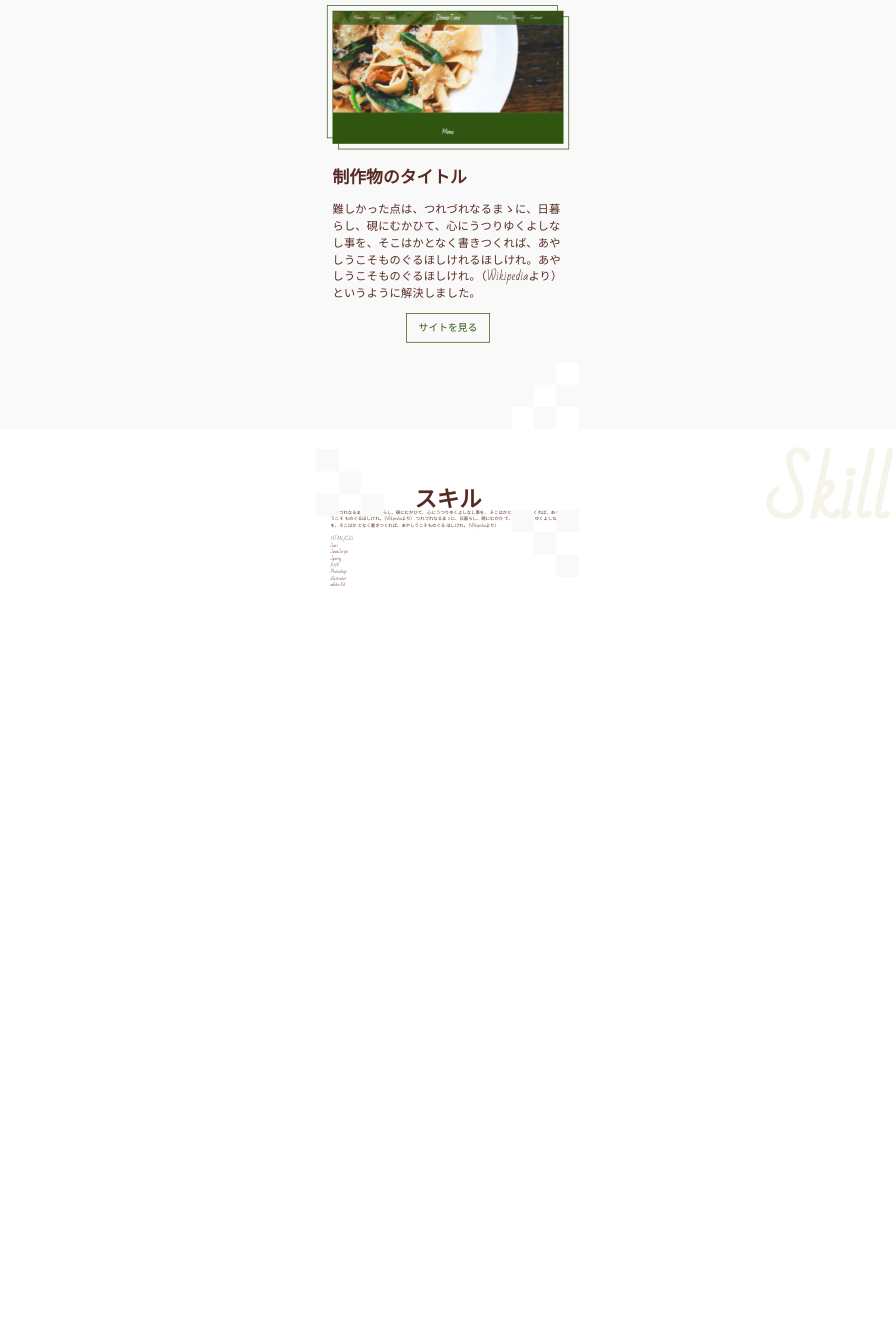
Repository: ppmp556/igarashi.kakuu
Page: index.html
The author's editor kept a copy of each file at every save. The page is drawn from the files as they stood at one save, then again after the next save.
The browser window is 1280 px wide. The pictures show the part of the page from y = 3129 to 5049 px (the page is 5881 px tall), at 70% of full size.
Some web libraries are served in a nearby version. The style sheet was rebuilt from its Sass, Less or Tailwind sources for each picture, by a compiler version that may differ from the author's.

Above is the page before, as saved 2020-10-27 10:37:23.
Console error: TypeError: Cannot read properties of null (reading 'addEventListener')

### index.html
<!DOCTYPE html>
<html lang="ja">
    <head>
        <meta charset="UTF-8">
        <meta name="viewport" content="width=device-width, initial-scale=1.0, maximum-scale=1.0, minimum-scale=1.0">
        <link rel="stylesheet" href="faundation.css" type="text/css">
        <link rel="stylesheet" href="./css/style.css" type="text/css">
        <link href="https://use.fontawesome.com/releases/v5.6.1/css/all.css" rel="stylesheet">
        <link href="https://fonts.googleapis.com/css?family=Bad+Script" rel="stylesheet">
        <link href="https://fonts.googleapis.com/css?family=Sawarabi+Gothic" rel="stylesheet">
        <link rel="img" href="image">
        <title>架空LP</title>

    </head>
    <body>

        <div class="container">
            <header class="header">
                <h1 class="header_ttl">
                    <a href="index.html" class="header_link">My Portfolio</a><!-- /.header_link -->
                </h1><!-- /.header_ttl -->
                <nav class="nav">
                    <div class="nav_wrapper" id="nav_lists">
                        <!-- ハンバーガーメニュー部分 -->
                        <div class="toggle_btn" id="nav_toggler">
                            <span class="toggle_line __tg1"></span>
                            <span class="toggle_line __tg2"></span>
                            <span class="toggle_line __tg3"></span>
                        </div>
                        <!-- ハンバーガーメニューここまで -->
                    </div>
                    <ul class="nav_list flex">
                        <li class="nav_item">
                            <a href="#" class="nav_link">Profile<span class="nav_sp">プロフィール</a><!-- /.nav_link -->
                        </li><!-- /.nav_item -->
                        <li class="nav_item">
                            <a href="#" class="nav_link">Works<span class="nav_sp">実績一覧</a><!-- /.nav_link -->
                        </li><!-- /.nav_item -->
                        <li class="nav_item">
                            <a href="#" class="nav_link">Skill<span class="nav_sp">スキル</a><!-- /.nav_link -->
                        </li><!-- /.nav_item -->
                        <li class="nav_item">
                            <a href="#" class="nav_link">Contact<span class="nav_sp">お問い合わせ</a><!-- /.nav_link -->
                        </li><!-- /.nav_item -->
                    </ul><!-- /.nav_list -->
                </nav><!-- /.nav -->
            </header><!-- /.header -->
        </div><!-- /.container -->
        <div class="kv">
            <div class="kv_txtbox">
                <p class="kv_txt">I love this job from the bottom of my heart.</p><!-- /.kv_txt -->
                <p class="kv_txt __subtxt">私はこの仕事が大好きだ</p><!-- /.kv_txt -->
            </div><!-- /.kv_txtbox -->
            <div class="contact_box">
                <a href="#" class="contact_link">Contact</a><!-- /.contact_link -->
            </div><!-- /.contact_box -->
        </div><!-- /.kv -->
        <main>
            <div class="inner">

                <section class="prof" id="prof">
                    <div class="prof_inner">
                        <div class="section_ttlbox">
                            <h2 class="prof_ttl">プロフィール</h2><!-- /.prof_ttl -->
                            <!-- <span class="prof_sub">Profile</span> -->
                        </div><!-- /.section_ttlbox -->
                        <div class="prof_imgbox">
                            <img src="images/profile/profile.png" alt="#" class="prof_img">
                        </div><!-- /.prof_imgbox -->
                        <p class="prof_txt">
                            つれづれなるまゝに、日暮らし、硯にむかひ
                            て<br>
                            心にうつりゆくよしなし事を、<br>
                            そこはかとなく書きつくれば、あやしうこそ
                            ものぐるほしけれ。（Wikipediaより）<br>
                            つれづれなるまゝに、日暮らし、硯にむかひ
                            て、心にうつりゆくよしなし事を、そこはか
                            となく書きつくれば、あやしうこそものぐる
                            ほしけれ。（Wikipediaより）<br>
                            つれづれなるまゝに、日暮らし、硯にむかひ
                            て、心にうつりゆくよしなし事を、そこはか
                            となく書
                        </p><!-- /.prof_txt -->
                        <div class="section_btnbox flex">
                            <div class="site_btn">
                                <a href="#" class="site_link">Instagram</a>
                            </div><!-- /.site_btn -->
                            <div class="site_btn">
                                <a href="#" class="site_link">Twitter</a>
                            </div><!-- /.site_btn -->
                        </div><!-- /.section_btnbox -->
                    </div><!-- /.prof_inner -->
                </section><!-- /#prof.prof -->


                <section class="work" id="work">
                    <div class="work_inner">

                        <div class="section_ttlbox">
                            <h2 class="work_ttl">実績一覧</h2><!-- /.work_ttl -->
                            <!-- <span class="work_sub">Works</span> -->
                        </div><!-- /.section_ttlbox -->

                        <div class="work_imgbox">
                            <ul class="work_list">
                                <li class="work_item">
                                    <div class="work_imgbox">
                                        <img src="images/work1/work1.png" alt="" class="work_img">
                                    </div><!-- /.work_imgbox -->
                                    <h3 class="work_minttl ">制作物のタイトル</h3><!-- /.work_minttl -->
                                    <p class="work_txt">
                                        難しかった点は、つれづれなるまゝに、日暮らし、硯にむかひて、心にうつりゆくよしなし事を、そこはかとなく書きつくれば、あやしうこそものぐるほしけれるほしけれ。あやしうこそものぐるほしけれ。（Wikipediaより）というように解決しました。
                                    </p><!-- /.work_txt -->
                                    <div class="site_btn">
                                        <a href="#" class="site_link">サイトを見る</a>
                                    </div><!-- /.site_btn -->
                                </li><!-- /.work_item -->
                                <li class="work_item">
                                    <div class="work_imgbox">
                                        <img src="images/work2/work2.png" alt="" class="work_img">
                                    </div><!-- /.work_imgbox -->
                                    <h3 class="work_minttl">制作物のタイトル制作物のタイトルタイトル</h3><!-- /.work_minttl -->
                                    <p class="work_txt">
                                        難しかった点は、つれづれなるまゝに、日暮らし、硯にむかひて、心にうつりゆくよしなし事を、そこはかとなく書きつくれば、あやしうこそものぐるほしけれるほしけれ。あやしうこそものぐるほしけれ。（Wikipediaより）というように解決しました。
                                    </p><!-- /.work_txt -->
                                    <div class="site_btn">
                                        <a href="#" class="site_link">サイトを見る</a>
                                    </div><!-- /.site_btn -->
                                </li><!-- /.work_item -->
                                <li class="work_item">
                                    <div class="work_imgbox">
                                        <img src="images/work3/work3.png" alt="" class="work_img">
                                    </div><!-- /.work_imgbox -->
                                    <h3 class="work_minttl">制作物のタイトル</h3><!-- /.work_minttl -->
                                    <p class="work_txt">
                                        難しかった点は、つれづれなるまゝに、日暮らし、硯にむかひて、心にうつりゆくよしなし事を、そこはかとなく書きつくれば、あやしうこそものぐるほしけれるほしけれ。あやしうこそものぐるほしけれ。（Wikipediaより）というように解決しました。
                                    </p><!-- /.work_txt -->
                                    <div class="site_btn">
                                        <a href="#" class="site_link">サイトを見る</a>
                                    </div><!-- /.site_btn -->
                                </li><!-- /.work_item -->
                            </ul><!-- /.work_list -->
                        </div><!-- /.work_imgbox -->
                    </div><!-- /.work_inner -->
                </section><!-- /#work.work -->

                <section class="skill" id="skill">
                    <div class="section_ttlbox">
                        <h2 class="skill_ttl">スキル</h2><!-- /.skill_ttl -->
                        <!-- <span class="skill_sub">Skill</span> -->
                    </div><!-- /.section_ttlbox -->
                    <div class="skill_inner">
                        <div class="skill_txtbox">
                            <p class="skill_txt">
                                つれづれなるまゝに、日暮らし、硯にむかひて、
                                心にうつりゆくよしなし事を、
                                そこはかとなく書きつくれば、あやしうこそ
                                ものぐるほしけれ。（Wikipediaより）
                                つれづれなるまゝに、日暮らし、硯にむかひ
                                て、心にうつりゆくよしなし事を、そこはか
                                となく書きつくれば、あやしうこそものぐる
                                ほしけれ。（Wikipediaより）
                            </p><!-- /.skill_txt -->
                        </div><!-- /.skill_txtbox -->
                        <div class="skill_listbox">
                            <div class="skill_imgbox">
                                <img src="" alt="" class="skill_img">
                            </div><!-- /.skill_imgbox -->
                            <ul class="skill_list">
                                <li class="skill_item">HTML/CSS</li><!-- /.skill_item -->
                                <li class="skill_item">Sass</li><!-- /.skill_item -->
                                <li class="skill_item">JavaScript</li><!-- /.skill_item -->
                                <li class="skill_item">Jquery</li><!-- /.skill_item -->
                                <li class="skill_item">PHP</li><!-- /.skill_item -->
                                <li class="skill_item">Photoshop</li><!-- /.skill_item -->
                                <li class="skill_item">illustrator</li><!-- /.skill_item -->
                                <li class="skill_item">adobe Xd</li><!-- /.skill_item -->
                            </ul><!-- /.skill_list -->
                        </div><!-- /.skill_listbox -->
                    </div><!-- /.skill_inner -->
                </section><!-- /#skill.skii -->

                <section class="contact" id="contact">
                    <div class="section_ttlbox">
                        <h2 class="contact_ttl">お問い合わせ</h2><!-- /.contact_ttl -->
                        <span class="contact_sub">Contact</span>
                    </div><!-- /.section_ttlbox -->
                    <form action="#" class="ly-form">
                        <div class="form ord1">
                            <div class="form2">

                                <label for="email" class="formTitle u-formTxt">E-mail</label>
                                <input type="email" class="formBox" name="your-E-mail" placeholder="your E-maill">
                            </div>
                        </div>
                        <div class="form ord2">
                            <div class="form2">
                                    <label for="name" class="formTitle u-formTxt">Name</label>
                                    <input type="text" class="formBox" name="your name" placeholder="your name">

                            </div>
                        </div>
                        <div class="form ord3">
                            <div class="form2">
                                <label for="subject" class="formTitle u-formTxt">Subject</label>
                                <input type="subject" class="formBox" name="message-title" placeholder="message-title">
                            </div>
                        </div>
                        <div class="form ord4">
                            <div class="form2">
                                <label for="message" class="formTitle u-formTxt">Message</label>
                                <textare name="contents" class="area" name="contents" placeholder="contents" rows="4" cols="40"></textare>
                            </div>
                        </div>
                        <div class="inputWrap btnhv u-send">
                            <input type="submit" value="Post it" class="sendBtn">
                        </div>
                    </form>
                </section><!-- /#contact.contact -->
            </div><!-- /.inner -->

        </main>


        <footer class="footer">
            <div class="footer_sharbox">
                <ul class="footer_sharalist">
                    <li class="footer_item"></li><!-- /.footer_item -->
                    <li class="footer_item"></li><!-- /.footer_item -->
                    <li class="footer_item"></li><!-- /.footer_item -->
                </ul><!-- /.footer_sharalist -->
            </div><!-- /.footer_sharbox -->
            <small class="footer_txt">&copy; Ruri igarashi</small>
        </footer><!-- /.footer -->


        <script type="text/javascript" src="menu.js"></script>
        <script src="https://code.jquery.com/jquery-3.4.1.js" integrity="sha256-WpOohJOqMqqyKL9FccASB9O0KwACQJpFTUBLTYOVvVU=" crossorigin="anonymous"></script>

    </body>
</html>

### faundation.css

html,
body,
div,
span,
object,
iframe,
h1,
h2,
h3,
h4,
h5,
h6,
p,
blockquote,
pre,
abbr,
address,
cite,
code,
del,
dfn,
em,
img,
ins,
kbd,
q,
samp,
small,
strong,
sub,
sup,
var,
b,
i,
dl,
dt,
dd,
ol,
ul,
li,
fieldset,
form,
label,
legend,
table,
caption,
tbody,
tfoot,
thead,
tr,
th,
td,
article,
aside,
canvas,
details,
figcaption,
figure,
footer,
header,
hgroup,
menu,
nav,
section,
summary,
time,
mark,
audio,
video {
  margin: 0;
  padding: 0;
  border: 0;
  outline: 0;
  font-size: 100%;
  vertical-align: baseline;
  background: transparent;
}

body {
  line-height: 1.5;
}

article,
aside,
details,
figcaption,
figure,
footer,
header,
hgroup,
menu,
nav,
section {
  display: block;
}

ul,
ol {
  list-style: none;
}

table {
  border-collapse: collapse;
  border-spacing: 0;
}

a {
  color: inherit;
  text-decoration: none;
}

img {
  width: 100%;
  max-width: 100%;
  height: auto;
  vertical-align: bottom;
}

Loaded but not shown: menu.js (26 lines, source omitted); scss/style.scss (709 lines, source omitted)

After the next save:
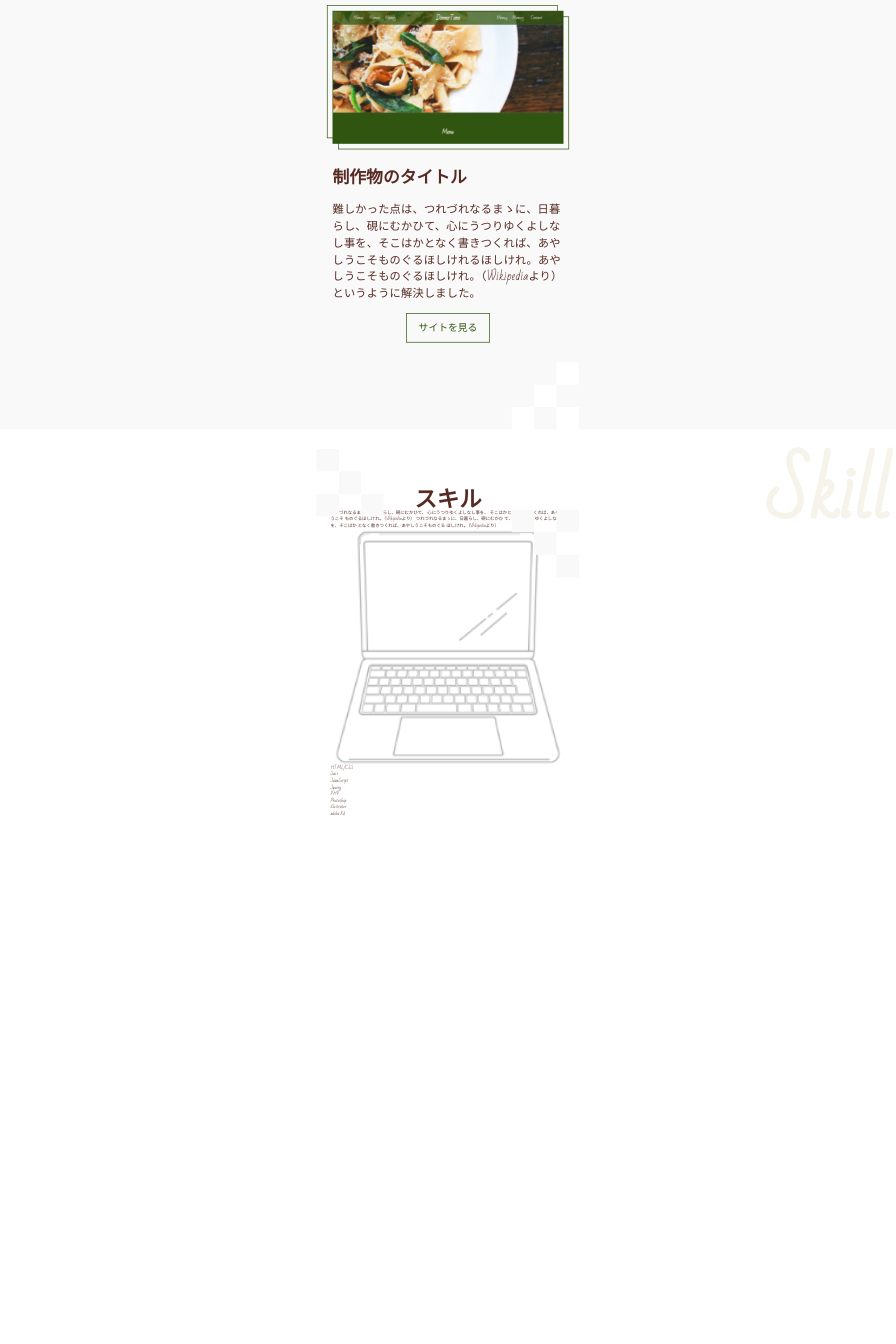
Saved 2 min 20 s later.
--- a/index.html
+++ b/index.html
@@ -164,7 +164,7 @@
                         </div><!-- /.skill_txtbox -->
                         <div class="skill_listbox">
                             <div class="skill_imgbox">
-                                <img src="" alt="" class="skill_img">
+                                <img src="images/1544078499/1544078499.png" alt="" class="skill_img">
                             </div><!-- /.skill_imgbox -->
                             <ul class="skill_list">
                                 <li class="skill_item">HTML/CSS</li><!-- /.skill_item -->
